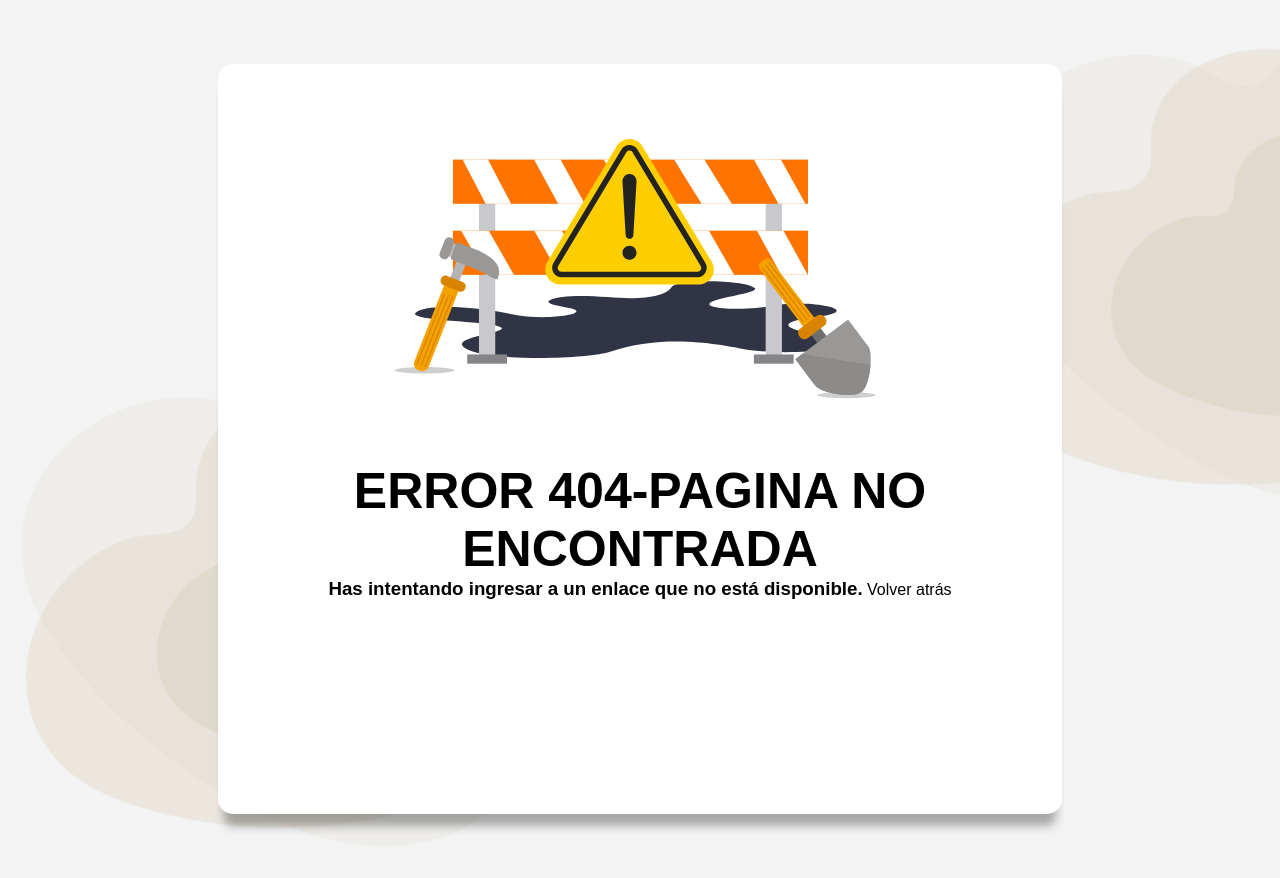
Repository: AlejandraBarrachina23/TPIntegrador_Barrachina_Java
Page: http://localhost/Alejandra_Barrachina_TP_Integrador1/error404.jsp
These files come from the project's save history. The page is drawn as it stood at one moment and after the next save; the edit follows.
The browser window is 1280 px wide. The pictures show the whole page.
Some web libraries are served in a nearby version. The page is served by Tomcat 9. Nobody is signed in. The application's start-up code is not run. Other server files are loaded and not shown.

Above is the page before, as saved 2019-12-04 22:24:16.

### Alejandra_Barrachina_TP_Integrador1/WebContent/error404.jsp

<%@ page language="java" contentType="text/html; charset=ISO-8859-1"
    pageEncoding="ISO-8859-1"%>
<!DOCTYPE html>
<html>
<head>
<meta charset="ISO-8859-1">

<script src="https://kit.fontawesome.com/735f5623c2.js" crossorigin="anonymous"></script>
<link href="estilos.css" type="text/css" rel=stylesheet>
</head>
<body>

<div id="error-404">
		<img src="img/404.svg" alt="icono-advertencia" class="">
		<h2>ERROR 404-PAGINA NO ENCONTRADA</h2>
		<h3>Has intentando ingresar a un enlace que no está disponible.</h3>
		<a href="javascript:window.history.back();"> Volver atrás</a>
</div>

<script>



</script>
</body>
</html>

### Alejandra_Barrachina_TP_Integrador1/WebContent/estilos.css
@charset "ISO-8859-1";


* {
	padding:0px;
	margin:0px;
	border:0px;
}

body {
		background-color:#f3f3f3;
		background-image: url(iconos/fondo.png);
		background-repeat: no-repeat;
 		background-size: cover;

}


/*=============================================================
      FORMULARIO LOGIN
 ============================================================== */

 #error-404 {

 	background-color:#fff;
 	width:65;
 	height:750px;;
 	margin	: 5% 17%;
 	box-shadow: 0px 18px 10px -6px rgba(0,0,0,0.31);
 	text-align:center;
 	font-family: 'Francois One', sans-serif;
 	border-radius: 15px;

 }

 #error-404 a{


	color:black;

 }

  #error-404 img {

  width:70%;

  }

  #error-404 h2 {

  font-size:50px;
  }

 #form-login {

	width:65%;
 	margin	: 5% 17%;

}

#form-login-right, #form-login-left {


	height:750px;
	float:left;
	background-color:#F9FBFC;

}

#form-login-left {

	width:65%;
	border-top-left-radius: 20px;
	border-bottom-left-radius: 20px;
	box-shadow: 0px 18px 10px -6px rgba(0,0,0,0.31);
	opacity:0.9;
}

#form-login-left img {

	width:90%;
	padding	: 10% 5%;

}

#form-login-right {

	width:33%;
	border-top-right-radius: 20px;
	border-bottom-right-radius: 20px;
	box-shadow: 13px 14px 10px -6px rgba(0,0,0,0.31);
	opacity:0.8;

}


h1 {

		font-size:50px;
		font-family: 'Bebas Neue', cursive;
		color:#2C5060;
		margin-top:30%;
		text-align:center;
}

p, #form-login-right a {

	font-family: 'Roboto', sans-serif;
	font-weight: 500;
	font-size: 13px;
	color:black;
	text-align:center;
}

.text-box {

	border-bottom: 1px solid black;
	width:250px;
	text-align: center;
	margin-left:12%;
}

.text-box i {

	float:left;
	color: #2C5060;
	padding:7px;
}

#form-login-right [type="text"], #form-login-right [type="password"]{

	padding:5px;
	width:180px;
	border:none;
	outline:none;
	background-color:#FAFCFD;
	font-family: 'Oswald', sans-serif;

}

.main-button {

	background-color: #2C5060;
	color:white;
	width:35%;
	font-size:15px;
	border-style:none;
	padding:5px;
	border-radius: 15px;
	border: 0px solid #000000;
	box-shadow: 10px 10px 25px -13px rgba(0,0,0,0.75);
	font-family: 'Oswald', sans-serif;
	margin-left: 50%;

}

.main-button:hover {

	background-color: #1a6373;
}

.iconos-redes {

	width:5%;

}


#login-informacion {

	width:90%;
	padding:5%;

}


#login-informacion a{

	font-family: 'Oswald', sans-serif;
	font-size:15px;
	margin-left:48%;
}

#login-contacto{

	margin-top:50%;
	text-align:center;
}


#login-contacto p {

	font-size:18px;
	font-family: 'Oswald', sans-serif;

}

#login-recuperacion{

	padding-top:20%;
	text-align:center;

}

.restart-button{

	background-color: #2C5060;
	color:white;
	width:35%;
	font-size:15px;
	border-style:none;
	padding:5px;
	border-radius: 15px;
	border: 0px solid #000000;
	box-shadow: 10px 10px 25px -13px rgba(0,0,0,0.75);
	font-family: 'Oswald', sans-serif;

}

#form-advertencia {

	width:100%;
	text-align:center;
	margin-top:50%;
	color:#E16C78;
	font-family: 'Oswald', sans-serif;

}

.icono-advertencia{

	margin-top:15%;
	padding:2%;
	width:30%;
	margin: 0 auto;

}

#form-advertencia p {

	color:#E16C78;
	font-size: 15px;
}

.blue{

	color:#30A9E3;
}


 /*=======================
      FORMULARIO INDEX
 ========================= */

 .section-principal{

	float:left;
	height:1100px;
	width:90%;
	background-color:#f3f3f3;
	color:black;
	text-align:center;
	margin-left:10%;
}

.section-principal select {

	font-family: 'Oswald', sans-serif;
	border:1px solid black;
	margin:5px;
	padding:2px;
	color:black;
}

.section-principal input{

	width:15%;
	padding:5px;
	border:1px solid black;
	font-family: 'Oswald', sans-serif;
}

.section-principal label{

	font-size:18px;
	font-family: 'Oswald', sans-serif;

}

.section-principal a{

	color:black;

}


nav {

	background-color:#2C5060;
	font-family: 'Francois One', sans-serif;
	width:10%;
	height:950px;
	font-size:15px;
	float:left;
	position:fixed;

}

 ul {

	list-sytle: none;
	width:100%;
}

a {

	text-decoration:none;
	color:white;

}

li:hover {

	border-left: solid 4px #2896BC;
	background-color: #2F5866;
	transition: background-color 0.3s;
	transition: border 0.3s;

}

ul li {

	border-left: solid 4px #2C5060;
	font-family: 'Oswald', sans-serif;
	padding:15px;
	border-bottom: 1px solid #2D5C6D;


}

.icon{

	width:13%;
	padding-right:5px;

}


#icon-usuario{

	width:40%;
}

li .icon{

	float:left;

}


#user {

	width:100%;
	margin-top:40%;
	text-align:center;
	padding: 10% 0%;
	border-bottom: 1px solid #2D5C6D;

}

#user h2{

	color:#fff;

}

#user p, #header-user p {

	font-size:15px;
	color:#fff;
	padding:8px;
	font-family: 'Oswald', sans-serif;
}

 /*=======================
      FORMULARIO ALUMNOS
 ========================= */


#logo{

	width:30%;
	height:150px;
	border-bottom: 1px solid white;
	color:white;
	text-align:center;
	margin-top:30px;
}

#alumnos-principal {

	background-color:#fff;
	width:83%;
	margin-left: 200px;
	height:300px;
	box-shadow: 10px 10px 25px -13px rgba(0,0,0,0.75);

}

#form-agregar-usuario {

	background-color: white;
	width:95%;
	height:200px;
	margin:20px;
	padding:10px;
	box-shadow: 10px 10px 25px -13px rgba(0,0,0,0.75);
	display: none;


}

#form-listado-alumnos,#form-cursos,#form-listado-calificaciones {

	background-color: white;
	width:97%;
	height:970px;
	margin:20px;
	padding:10px;
	box-shadow: 10px 10px 25px -13px rgba(0,0,0,0.75);

}

#form-cursos{

	background-color:#f3f3f3;
	box-shadow: none;
}

#btn-flecha {

	background-image: url("iconos/flecha.png");
	background-repeat: no-repeat;
	width:25px;
	height:25px;
	background-color:#2C5060;
	border: 0;
	float:right;

}

.dato {

	float:left;
	margin: 10px;
	width:23%;


}

.dato input {

		width: 200px;
		background: #f3f3f3;
		font: inherit;
		box-shadow: 0 6px 10px 0 rgba(0, 0, 0 , .1);
		border: 0;
		outline: 0;
		padding: 8px;

}

.encabezados {

	background-color:#2C5060;
	color:white;
	padding:10px;
	margin:10px;
	font-family: 'Oswald', sans-serif;

}



h3 {

	display:inline;

}

label {

	color:#2C5060;
	font-family: 'Open Sans', sans-serif;
	font-weight: 600;
	font-size: 10px;
}

.flecha {

	float:right;
}

.content-table{

	border-collapse:collapse;
	margin:20px 10px;
	font-size:0.9em;
	width:99%;
	min-width:600px;
	box-shadow: 7px 9px 23px -13px rgba(0,0,0,0.93);
	font-family: 'Roboto', sans-serif;

}

.content-table-cursos{

	border-collapse:collapse;
	margin:20px 10px;
	font-size:0.9em;
	width:50%;
	min-width:600px;
	box-shadow: 7px 9px 23px -13px rgba(0,0,0,0.93);
	font-family: 'Roboto', sans-serif;
}

.content-table th, .content-table-cursos {

	background-color:#2C5060;
	color:white;
	font-weight: 600;
	padding:12px;



}

.content-table tr,
.content-table td {

	padding:5px 5px;

}

.content-table td {

	border-bottom: 1px solid #dddddd;

}

.content-table tr:nth-of-type(even) {

	background-color:#f3f3f3;

}

.content-table tr:last-of-type {

	border-bottom: 3px solid #2C5060;

}

.content-table-cursos .content-fileter{

	width:50%;

}

.content-filter {

	background-color:#f3f3f3;
	width:100%;
	text-align:center;
	padding:10px;


}

.pie-pagina{

	float:left;
	margin-top:20px;
	text-align:right;
	width:100%;
}

 /*=======================
      FORMULARIO ALUMNOS
 ========================= */

#section-index{

	float:left;
	height:900px;
	width:100%;
	margin:1px 1px;
	text-align:center;

}

#index-encabezado{

	background-color:#2C5060;
	text-align:center;
	height:295px;
	width:100%;

}

#section-index img {

	width:50%;

}

#index-descripcion {

	box-shadow: 10px 10px 25px -13px rgba(0,0,0,0.75);
	font-family: 'Roboto', sans-serif;
	background-color:#fff;
}


#index-descripcion-encabezado{

	text-align:center;
	background-color:#fff;

}

#index-descripcion-encabezado img{

	width:50%;

}

#index-descripcion-encabezado h2{

	font-size:50px;
	font-family: 'Francois One', sans-serif;
	color:#2C5060;

}

#index-descripcion-encabezado p{

	font-size:15px;
	font-family: 'Francois One', sans-serif;
	color:#2C5060;

}

#index-descripcion-contenido{

	text-align:center;
	height:430px;
	padding-left:220px;
}

#index-descripcion-contenido-profesores{


	height:430px;
	width:100%;


}

#index-descripcion-contenido-profesores .index-item-descripcion{

	width:18%;
	height:300px;
	float:left;
	margin-left:40%;

}

.index-item-descripcion {

	width:18%;
	height:300px;
	float:left;
	margin:30px;

}

.index-item-descripcion img {

	width:40%;
	padding:0% 20%;
	margin:0% 5%;
}

.index-item-descripcion h3 {

	font-size:25px;
	font-family: 'Oswald', sans-serif;

}

.index-item-descripcion p {

	font-size:15px;

}

.btn-index {

	padding:10px;
	margin:10px 38px;
	background-color: #2C5060;
	font-family: 'Oswald', sans-serif;
	font-size:20px;
	color:#fff;
	width:60%;
	box-shadow: 10px 10px 25px -13px rgba(0,0,0,0.75);
	float:left;
	text-align:center;

}

.modal-fondo {

	background: rgba(0,0,0,0.3);
	position:fixed;
	top:0;
	bottom:0;
	left:0;
	right:0;
	display:flex;
	align-items:center;
	justify-content:center;
	visibility:hidden;

}

.modal-fondo.active{

	visibility:visible;
}

.modal-contenido {

	background-color:#fff;
	box-shadow: 10px 10px 25px -13px rgba(0,0,0,0.75);
	width:20%;
	border: 3px solid #2C5060;
	padding-bottom: 15px;
}

.modal-contenido .btn-modal {

	width:30%;
	color:white;
	background-color: #2C5060;
	font-size:20px;
	padding:5px;
	margin:5px;

}

.modal-contenido [type="text"] {

	width:70%;
	font-size: 13px;
	margin-bottom:15px;

}

.modal-contenido h3 {

	font-size: 20px;
	font-family: 'Oswald', sans-serif;
	background-color:#2C5060;
	display:block;
	color:#fff;
	padding:8px;

}

.modal-contenido label {

	font-size: 15px;
	font-family: 'Roboto', sans-serif;
}

.modal-contenido select, .modal-contenido [type="date"], .modal-contenido [type="email"], .modal-contenido [type="number"] {

	font-family: 'Oswald', sans-serif;
	border:1px solid black;
	margin:5px;
	padding:2px;
	width:74%;
	padding:1%;
	color:black;

}

.modal-contenido [type="date"], .modal-contenido [type="email"], .modal-contenido [type="number"]{

	width:71%;

}

.opciones {

	color:black;
	background-color:#fff;

}

.btnFormulario {

	width:12%;
	padding:10px;
	font-size: 15px;
	font-family: 'Oswald', sans-serif;
	border-radius: 8px;
	background-color:#2C5060;
	color:white;
	float:right;
	border:0;
	margin:8px;
}

td .btn-modificar {

	width:22%;
	height:32px;
	background-image:url(iconos/modificar.png);
	background-repeat: no-repeat;
	border:none;
	background-color:inherit;
}

td .btn-eliminar {

	width:22%;
	height:32px;
	background-image:url(iconos/borrar.png);
	background-repeat: no-repeat;
	border:none;
	background-color:inherit;

}

td .btn-mostrar {

	width:12%;
	height:32px;
	background-color:blue;
	background-image:url(iconos/mostrar.png);
	background-repeat: no-repeat;
	border:none;
	background-color:inherit;
}

td .btn-calificaciones {

	width:12%;
	height:32px;
	background-image:url(iconos/notas.png);
	background-repeat: no-repeat;
	border:none;
	background-color:inherit;
}

/*=============================================================
      FORMULARIO CURSOS
 ============================================================== */

#form-curso-izquierda{

	background-color: #fff;
	width:38%;
	float:left;
	color:black;
	padding:0px 5%;
	box-shadow: 10px 10px 25px -13px rgba(0,0,0,0.75);
}

#form-curso-derecha{

	width:38%;
	float:left;
	box-shadow: 10px 10px 25px -13px rgba(0,0,0,0.75);
	padding:5px 5%;
	margin-left:2%;
	background-color:#fff;

}

#form-curso-izquierda [type="text"], #form-curso-izquierda select{

	padding:5px;
	width:180px;
	background-color:#FAFCFD;
	font-family: 'Roboto', sans-serif;
	font-size: 12px;
	color:black;

}

#form-curso-izquierda label {

	font-size:18px;
	display: block;
	witdh:20px;
}

.form-cursos-encabezado-izquierda{

	background-color: #2C5060;
	width:100%;
	margin: 20px 0px;
	padding:1px;


}

.form-cursos-encabezado-izquierda h2{

	color:white;
	padding:2px;
	font-family: 'Oswald', sans-serif;
}

#form-curso-derecha #listado-alumnos {

	text-align:center;
	width:100%;

}

#form-curso-derecha #listado-alumnos li {

	font-size:15px;
	padding:0;
	width:20%;
	border:none;
	background-color:none;
	margin-left:40%;
	list-style: none;



}

#form-curso-derecha #listado-alumnos li:hover {

	background-color:white;
}

/*=============================================================
      FORMULARIO CALIFICACIONES
 ============================================================== */

.busqueda-califaciones{

	width:98%;
	margin:1%;
	box-shadow: 0px 18px 10px -6px rgba(0,0,0,0.31);
	background-color:#fff;
	padding-bottom:2%;

}

.busqueda-califaciones h2{

	width:99%;
	background-color:blue;
	color:#fff;
	background-color:#2C5060;
	font-family: 'Oswald', sans-serif;
	padding:0.5%;
	margin-bottom:1%;

}

#form-listado-calificaciones h2{

	color:#fff;
	background-color:#2C5060;
	font-family: 'Oswald', sans-serif;
	width:99%;
	padding:0.5%;

}


/*=============================================================
      FORMULARIO REPORTES
 ============================================================== */


#form-reportes{

	background-color: #f3f3f3;
	width:97%;
	height:970px;
	margin:20px;
	padding:10px;

}

#form-reportes-fila-uno{

	width:85%;
	height:250px;
	padding-left: 15%;

}

.fila-uno-items{

	width:15%;
	height:190px;
	float:left;
	margin:1%;
	box-shadow: 0px 18px 10px -6px rgba(0,0,0,0.31);
	background-color:#fff;
	padding:1%;
	border-radius:10px;

}

.fila-uno-items img {

	width:40%;
	padding:3%;


}

.fila-uno-items h2 {

	font-family: 'Oswald', sans-serif;
	font-size:20px;

}

.fila-uno-items p {

	font-size:25px;
	font-family: 'Francois One', sans-serif;
	color:#2C5060;

}

.fila-uno-items-pie{

	padding:2%;
	margin-left:25%;
}

.fila-uno-items-pie img {

	width:12%;
	float:left;
}


.fila-uno-items-pie p {

	font-size:20px;
	float:left;

}

#form-reportes-fila-dos{

	width:100%;
	margin-top:3%;
	height:500px;


}

.form-reportes-graficos{

	width:25%;
	background-color:#fff;
	float:left;
	box-shadow: 0px 18px 10px -6px rgba(0,0,0,0.31);
	margin:3% 1%;
	padding:3%;
	border-radius:5px;
}

.form-reportes-graficos h3 {

	font-family: 'Oswald', sans-serif;
	margin:5%;
}

#form-reportes-fila-dos h2, #form-reportes-fila-tres h2{

	font-family: 'Oswald', sans-serif;
	background-color:#2C5060;
	color:white;
	width:99.5%;
	padding:0.5%;

}

.fila-uno-items-pie{

	border-top: 1px solid #f3f3f3;

}

#form-reportes-fila-tres {

	width:100%;
	heigth:300px;

}

.reporte-fila-tres-promedio{

	width:39%;
	float:left;
	text-align:center;
	margin:0.5%;
	background-color:#fff;
	box-shadow: 0px 18px 10px -6px rgba(0,0,0,0.31);
	padding:0.5% 5%;

}

.reporte-fila-tres-promedio h3{

	font-family: 'Oswald', sans-serif;
}

#form-reportes-fila-tres .content-table {

	width:100%;
	float:left;
	padding:20px;
	margin:3% 6%;

}

.resultado-busqueda{

	width:98%;
	heigth:500px;
	background-color:#fff;
	overflow:hidden;
	margin-left:1%;
}

.resultado-busqueda-asistencias{

	width:98%;
	heigth:500px;
	overflow:hidden;
	margin-left:1%;

}

.tabla-resultado-busqueda{

	width:60%;
	float:left;
	margin: 1% 20%;

}

.resultado-busqueda-asistencias .tabla-resultado-busqueda{

	width:30%;
	float:left;
	margin: 1% 20%;
}


.titulos {

	background-color:#2C5060;
	color:#fff;
	padding:0.5%;
	font-family: 'Oswald', sans-serif;

}

.form-reportes-graficos-asistencias{

	width:30%;
}


.form-reportes-graficos-asistencias h3{

	font-family: 'Oswald', sans-serif;
}

.resultado-busqueda-asistencias .graficos-resultado-busqueda .form-reportes-graficos-asistencias{

	margin-left:35%;
	margin-top:1%;
}

.resultado-busqueda-asistencias .tabla-resultado-busqueda{

	margin-left:32%;
	margin-top:1%;
}

Loaded but not shown: Alejandra_Barrachina_TP_Integrador1/WebContent/img/404.svg (5837 lines, source omitted)

After the next save:
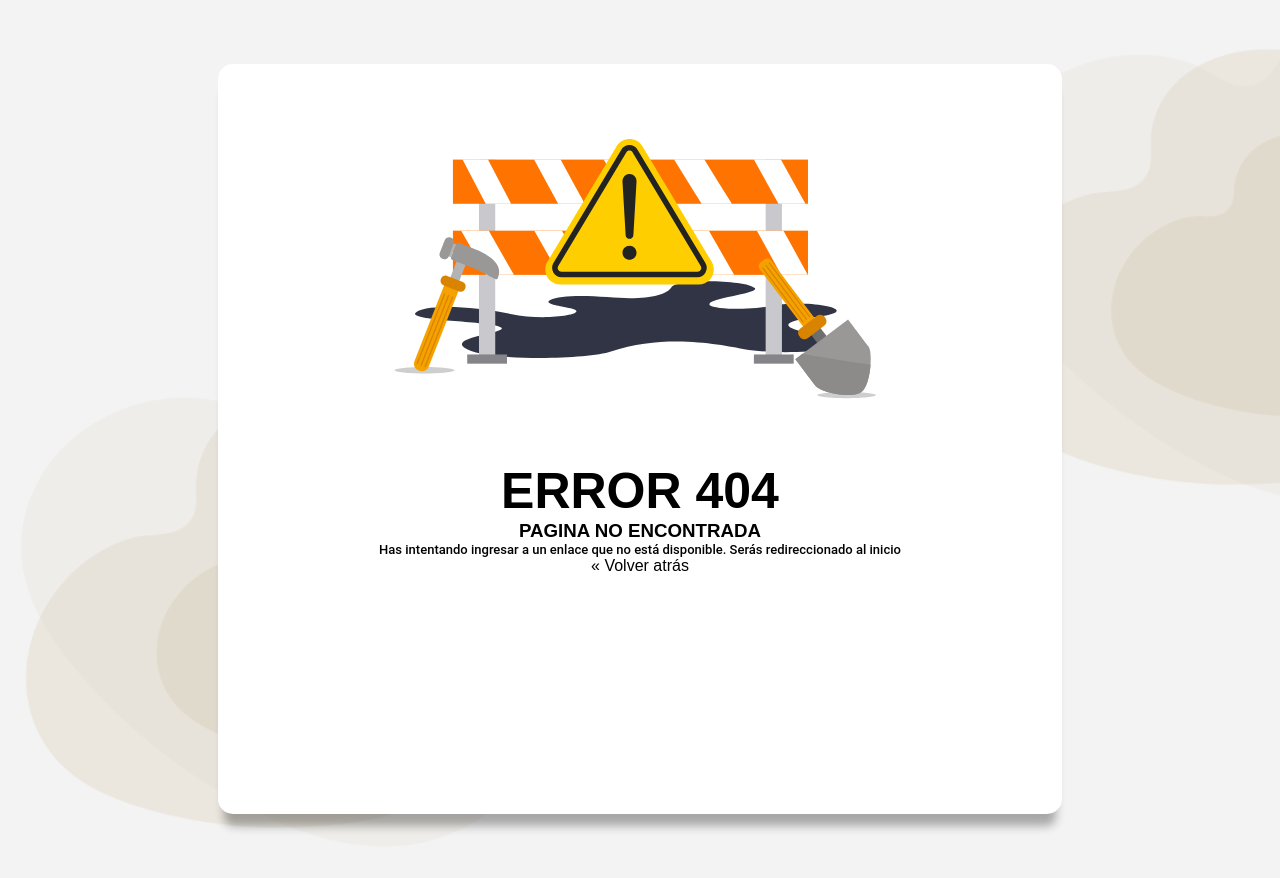
Saved 22 s later.
--- a/Alejandra_Barrachina_TP_Integrador1/WebContent/error404.jsp
+++ b/Alejandra_Barrachina_TP_Integrador1/WebContent/error404.jsp
@@ -13,9 +13,10 @@
 
 <div id="error-404">
 		<img src="img/404.svg" alt="icono-advertencia" class="">
-		<h2>ERROR 404-PAGINA NO ENCONTRADA</h2>
-		<h3>Has intentando ingresar a un enlace que no está disponible.</h3>
-		<a href="javascript:window.history.back();"> Volver atrás</a>
+		<h2>ERROR 404</h2>
+		<h3>PAGINA NO ENCONTRADA</h3>
+		<p>Has intentando ingresar a un enlace que no está disponible. Serás redireccionado al inicio</p>
+		<a href="javascript:window.history.back();">&laquo; Volver atrás</a>
 </div>
 
 <script>
